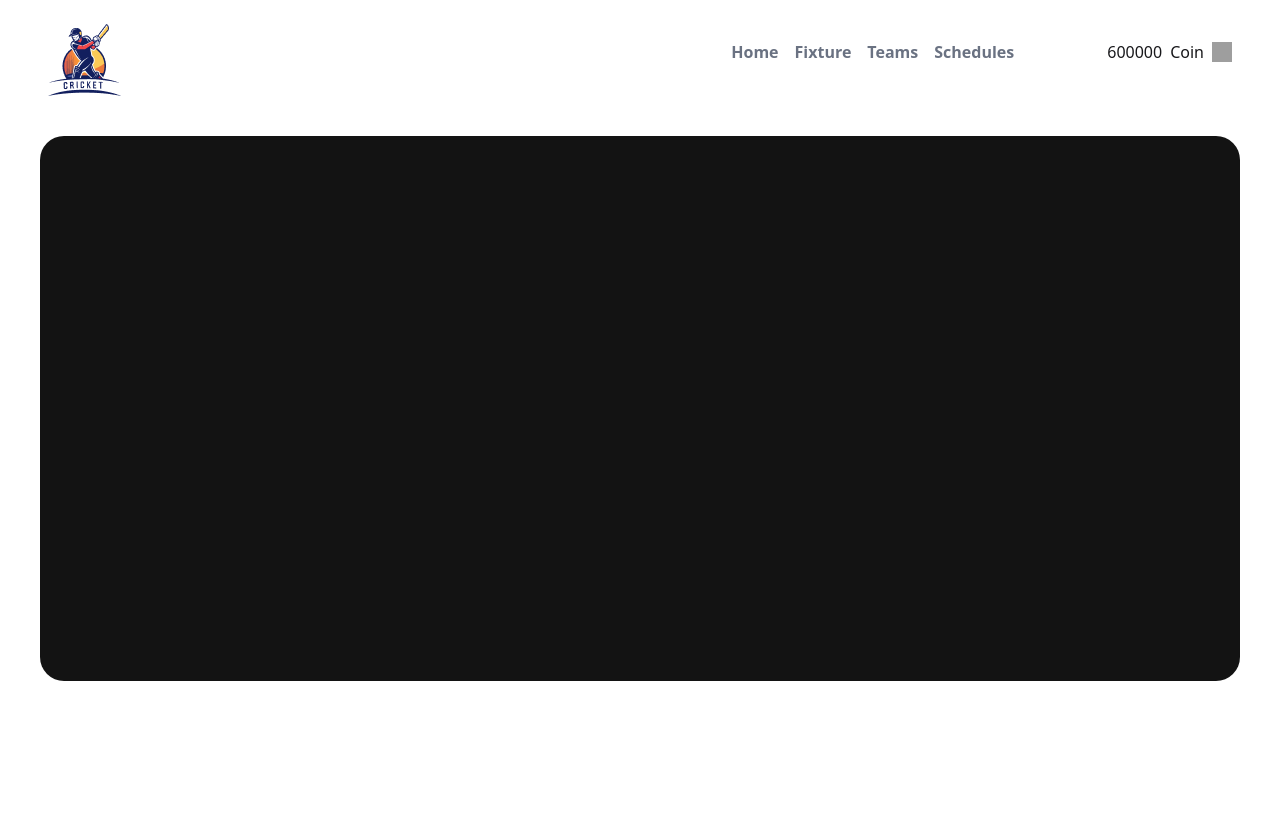
Repository: SanjidaSnigdha/Select-your-eleven
Page: /
The author's editor kept a copy of each file at every save. The page is drawn from the files as they stood at one save, then again after the next save.
The browser window is 1280 px wide. The pictures show the part of the page from y = 0 to 827 px (the page is 3483 px tall before and 3147 px after).
Pictures or frames that could not be fetched are drawn as grey boxes. The project was rebuilt for these pictures with package versions that can differ from the ones it lists, and the page was loaded fresh each time. Also part of the build but not shown: vite.config.js, src/App.css, src/components/SelectedCard/SelectedCard.jsx, src/components/SelectedPlayers/SelectedPlayers.jsx.

Above is the page before, as saved 2026-03-21 23:30:03.

### index.html
<!doctype html>
<html lang="en" style="color-scheme: light;">
  <head>
    <meta charset="UTF-8" />
    <link rel="icon" type="image/svg+xml" href="/favicon.svg" />
    <meta name="viewport" content="width=device-width, initial-scale=1.0" />
    <title>select-your-eleven</title>
  </head>
  <body>
    <div id="root"></div>
    <script type="module" src="/src/main.jsx"></script>
  </body>
</html>

### src/index.css
 @import "tailwindcss";
 @plugin "daisyui" {
  themes: light --default, dark --prefersdark;
  themes: light --default;
 }

### src/App.jsx

import './App.css'
import { ToastContainer } from 'react-toastify';

import AvailablePlayers from './components/AvailablePlayers/AvailablePlayers'
import SelectedPlayers from './components/SelectedPlayers/SelectedPlayers'
import Navbar from './components/Navbar/Navbar'
import { Suspense, useState } from 'react'
import Banner from './components/Banner/Banner';

const fetchPlayers = async () =>{
  const res = await fetch("/players.json")
  return res.json()
}
const playersPromise = fetchPlayers()


function App() {
  const [toggle,setToggle] = useState(true)
  const [availableBalance,setAvailableBalance] = useState(600000)
  const [purchasedPlayers,setPurchasedPlayers] = useState([])
  const removePlayer = (p) =>{
    const filteredData = purchasedPlayers.filter(ply=> ply.player_name!==p.player_name)
    console.log(filteredData)
    setPurchasedPlayers(filteredData)
    setAvailableBalance(availableBalance+parseInt(p.price.split("USD").join("").
                split(",").join("")))

  }

  return (
    <>
   <Navbar availableBalance={availableBalance}></Navbar>
   <Banner></Banner>
   <div className='max-w-[1200px] mx-auto flex justify-between items-center'>
    <h1 className='font-bold text-2xl'>{
    toggle===true?"Available players":`Selected players(${purchasedPlayers.length}/6)`}</h1>
    <div className='font-bold'>
      <button onClick={()=>setToggle(true)} className={`py-3 px-4 border-1 border-gray-400 rounded-l-2xl border-r-0 ${toggle===true?"bg-[#E7FE29]":""}`}>Available</button>
      <button onClick={()=>setToggle(false)} className={`py-3 px-4 border-1 border-gray-400 rounded-r-2xl border-l-0 ${toggle===false?"bg-[#E7FE29]":""}`}>Selected <span>({purchasedPlayers.length})</span></button>
    </div>

   </div>

     {
      toggle === true?<Suspense fallback={<span className="loading loading-spinner loading-xl"></span>
}>
    <AvailablePlayers purchasedPlayers={purchasedPlayers} setPurchasedPlayers={setPurchasedPlayers} availableBalance={availableBalance} setAvailableBalance={setAvailableBalance} playersPromise={playersPromise}></AvailablePlayers>
</Suspense>:<SelectedPlayers removePlayer={removePlayer} purchasedPlayers={purchasedPlayers} setToggle={setToggle}></SelectedPlayers>

     }



      <ToastContainer></ToastContainer>

    </>
  )
}

export default App

### src/components/AvailablePlayers/AvailablePlayers.jsx
import React, { use } from 'react';

import PlayerCard from '../PlayerCard/PlayerCard';

const AvailablePlayers = ({playersPromise,setAvailableBalance,availableBalance,purchasedPlayers,setPurchasedPlayers}) => {
    const playerData = use(playersPromise)
    return (
        <div className='max-w-[1200px] mx-auto grid grid-cols-1 md:grid-cols-3 gap-4'>

            {
              playerData.map(player=><PlayerCard setPurchasedPlayers={setPurchasedPlayers} purchasedPlayers={purchasedPlayers} availableBalance={availableBalance} setAvailableBalance={setAvailableBalance} player={player}></PlayerCard>


              )
            }

        </div>
    );
};

export default AvailablePlayers;

### src/components/Navbar/Navbar.jsx
import React from 'react';
import navImg from "../../assets/logo.png"
import dollarImg from "../../assets/dollar-1.png"

const Navbar = ({availableBalance}) => {
    return (

         <div className="navbar max-w-[1200px] mx-auto">
          <div className="flex-1">
            <a className="text-xl">
              <img className="w-60px h-50px mt-4" src={navImg} alt="" />
           </a>
          </div>
          <div className='flex justify-between items-center text-gray-500 w-60 h-20 font-semibold mr-30 gap-4'>
            <a>Home</a>
            <a>Fixture</a>
            <a>Teams</a>
            <a>Schedules</a>
          </div>
          <div className="flex items-center gap-1 ml-4">
          <span className='mr-1'>{availableBalance}</span>
          <span className='mr-1'>Coin</span>
          <img className="w-5 h-5" src={dollarImg} alt="" />
         </div>
       </div>
    );

};

export default Navbar;

### src/components/Banner/Banner.jsx
import React from 'react';
import bannerImg from '../../assets/banner-main.png'

const Banner = () => {
    return (
        <div className='max-w-[1200px] mx-auto h-[545px] bg-[#131313] mt-8 mb-94 rounded-3xl'>

        </div>
    );
};

export default Banner;

### src/components/PlayerCard/PlayerCard.jsx
import React, { useState } from 'react';
import userImg from "../../assets/man.png"
import flagImg from "../../assets/flag.jpg"
import { toast } from 'react-toastify';

const PlayerCard = ({player,setAvailableBalance,availableBalance,purchasedPlayers,setPurchasedPlayers}) => {
    const [isSelected,setIsSelected] = useState(false)

    const handleSelected = (playerData) =>{
        const playerPrice = parseInt(playerData.price.split("USD").join("").
                split(",").join(""))
                if(availableBalance<playerPrice){
                    toast("Not enough coins!!")
                    return
                }
                if(purchasedPlayers.length===6){
                    toast("6 players already selected")
                    return
                }

         setIsSelected(true)
                setAvailableBalance(availableBalance - playerPrice);
                setPurchasedPlayers([...purchasedPlayers,playerData])


    };
    return (
                        <div className="card bg-base-100 shadow-sm p-4">
         <figure className="px-10 pt-10">
           <img
             src={player.player_image}
             alt="Shoes"
             className='w-full h-[280px] object-cover'
              />
         </figure>
         <div className="mt-4">
           <div className='flex'>
               <img className='w-8 h-8' src={userImg} alt="" /><h2 className='card-title ml-2'>{player.player_name}</h2>
           </div>
           <div className='flex justify-between mt-4 border-b-2 border-gray-400 pb-2'>
       <div className='flex items-center'>
           <img className='w-8 h-8' src={flagImg} alt="" />
           <span className='ml-2'>{player.player_country}</span>
           </div>
           <button className='btn'>{player.playing_role}</button>
           </div>
       <div className='flex justify-between font-bold'>
           <span>{player.rating}</span>

       </div>
       <div className='flex justify-between mt-4'>
           <span className='font-bold'>{player.bating_style}</span>
           <span>{player.bowling_style}</span>
       </div>

           <div className="card-actions mt-3 flex justify-between items-center">
               <p className='font-bold'>${player.price}</p>
             <button disabled={isSelected} onClick={()=>{handleSelected(player)

             }} className="btn">{isSelected===true?"Selected":"Choose player"}</button>
           </div>
         </div>
       </div>
    );
};

export default PlayerCard;

### public/players.json
[
  {
    "player_image": "https://i.ibb.co.com/CKt7DdsZ/shakib-al-hasan-smiling-8olow941lckcha6b.jpg",
    "player_name": "Shakib Al Hasan",
    "player_country": "Bangladesh",
    "playing_role": "All-Rounder",
    "rating": 9.5,
    "bating_style": "Left-hand bat",
    "bowling_style": "Slow left-arm orthodox",
    "price": "75,000 USD"
  },
  {
    "player_image": "https://i.ibb.co.com/WWKnGkNs/Faf-du-Plessis.jpg",
    "player_name": "Faf du Plessis",
    "player_country": "South Africa",
    "playing_role": "Batsman",
    "rating": 9.0,
    "bating_style": "Right-hand bat",
    "bowling_style": "Right-arm medium",
    "price": "70,000 USD"
  },
  {
    "player_image": "https://i.ibb.co.com/XZxnnz3F/Rashid-Khan.jpg",
    "player_name": "Rashid Khan",
    "player_country": "Afghanistan",
    "playing_role": "Bowler",
    "rating": 9.8,
    "bating_style": "Right-hand bat",
    "bowling_style": "Right-arm leg spin",
    "price": "85,000 USD"
  },
  {
    "player_image": "https://i.ibb.co.com/4w5xgSNn/liton-das.jpg",
    "player_name": "Liton Das",
    "player_country": "Bangladesh",
    "playing_role": "Wicketkeeper-Batsman",
    "rating": 8.7,
    "bating_style": "Right-hand bat",
    "bowling_style": "None",
    "price": "60,000 USD"
  },
  {
    "player_image": "https://i.ibb.co.com/391gsfv8/Andre-Russell.jpg",
    "player_name": "Andre Russell",
    "player_country": "West Indies",
    "playing_role": "All-Rounder",
    "rating": 9.6,
    "bating_style": "Right-hand bat",
    "bowling_style": "Right-arm fast",
    "price": "90,000 USD"
  },
  {
    "player_image": "https://i.ibb.co.com/67D8FvCn/Mustafizur-Rahman.webp",
    "player_name": "Mustafizur Rahman",
    "player_country": "Bangladesh",
    "playing_role": "Bowler",
    "rating": 8.9,
    "bating_style": "Left-hand bat",
    "bowling_style": "Left-arm fast-medium",
    "price": "65,000 USD"
  },
  {
    "player_image": "https://i.ibb.co.com/h1wRWkVC/David-Warner.jpg",
    "player_name": "David Warner",
    "player_country": "Australia",
    "playing_role": "Batsman",
    "rating": 9.4,
    "bating_style": "Left-hand bat",
    "bowling_style": "Right-arm leg spin",
    "price": "95,000 USD"
  },
  {
    "player_image": "https://i.ibb.co.com/0VsmTGGY/Sunil-Narine.jpg",
    "player_name": "Sunil Narine",
    "player_country": "West Indies",
    "playing_role": "All-Rounder",
    "rating": 9.2,
    "bating_style": "Left-hand bat",
    "bowling_style": "Right-arm off spin",
    "price": "80,000 USD"
  },
  {
    "player_image": "https://i.ibb.co.com/HpkRbDz3/Babar.png",
    "player_name": "Babar Azam",
    "player_country": "Pakistan",
    "playing_role": "Batsman",
    "rating": 9.3,
    "bating_style": "Right-hand bat",
    "bowling_style": "None",
    "price": "92,000 USD"
  },
  {
    "player_image": "https://i.ibb.co.com/dsk08w2x/Lasith-Malinga1.jpg",
    "player_name": "Lasith Malinga",
    "player_country": "Sri Lanka",
    "playing_role": "Bowler",
    "rating": 9.1,
    "bating_style": "Right-hand bat",
    "bowling_style": "Right-arm fast",
    "price": "78,000 USD"
  },
  {
    "player_image": "https://i.ibb.co.com/s9vHr4tS/Ben-Stokes.png",
    "player_name": "Ben Stokes",
    "player_country": "England",
    "playing_role": "All-Rounder",
    "rating": 9.7,
    "bating_style": "Left-hand bat",
    "bowling_style": "Right-arm fast-medium",
    "price": "100,000 USD"
  },
  {
    "player_image": "https://i.ibb.co.com/gFhPmT1c/Quinton-de-Kock1.jpg",
    "player_name": "Quinton de Kock",
    "player_country": "South Africa",
    "playing_role": "Wicketkeeper-Batsman",
    "rating": 9.0,
    "bating_style": "Left-hand bat",
    "bowling_style": "None",
    "price": "88,000 USD"
  }
]

Loaded but not shown: src/main.jsx (common file)

After the next save:
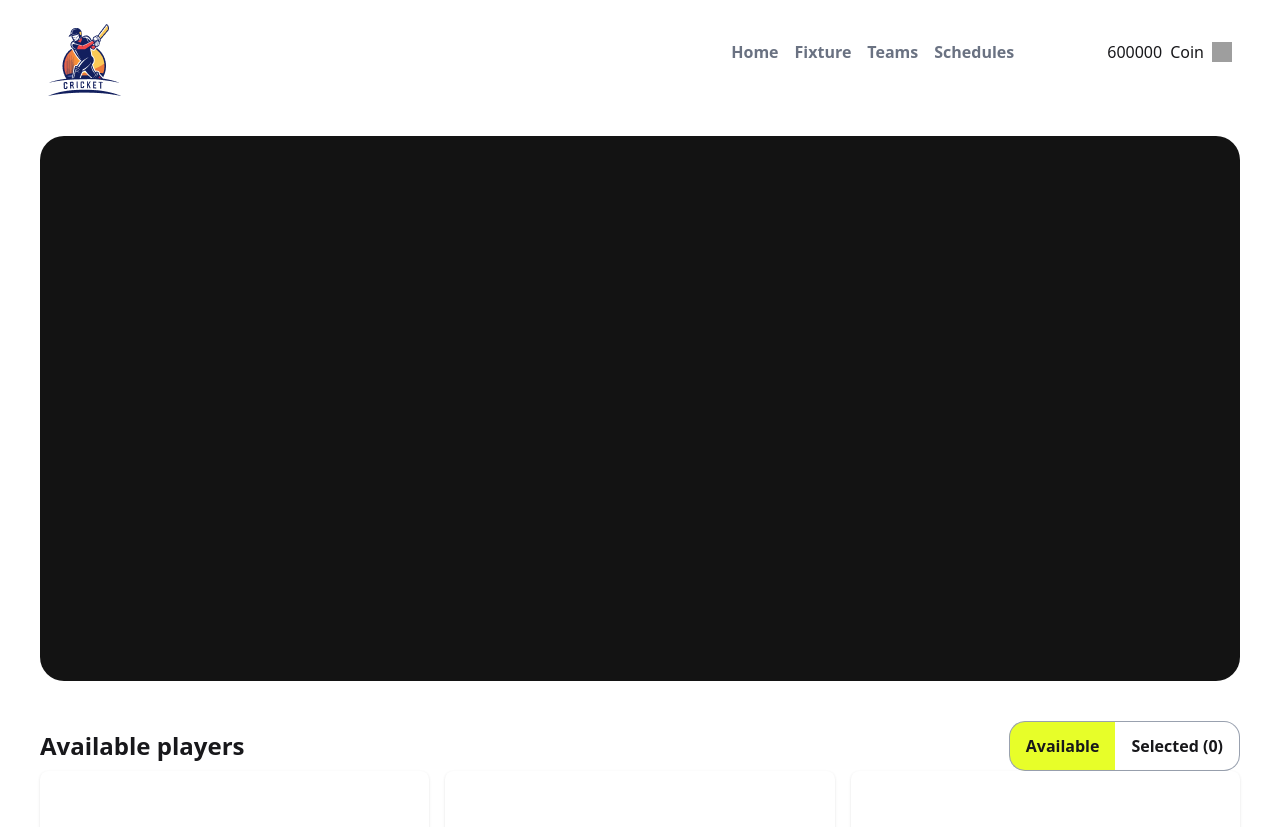
Saved 18 s later.
--- a/src/components/Banner/Banner.jsx
+++ b/src/components/Banner/Banner.jsx
@@ -3,7 +3,7 @@ import bannerImg from '../../assets/banner-main.png'
 
 const Banner = () => {
     return (
-        <div className='max-w-[1200px] mx-auto h-[545px] bg-[#131313] mt-8 mb-94 rounded-3xl'>
+        <div className='max-w-[1200px] mx-auto h-[545px] bg-[#131313] mt-8 mb-10 rounded-3xl'>
 
         </div>
     );
